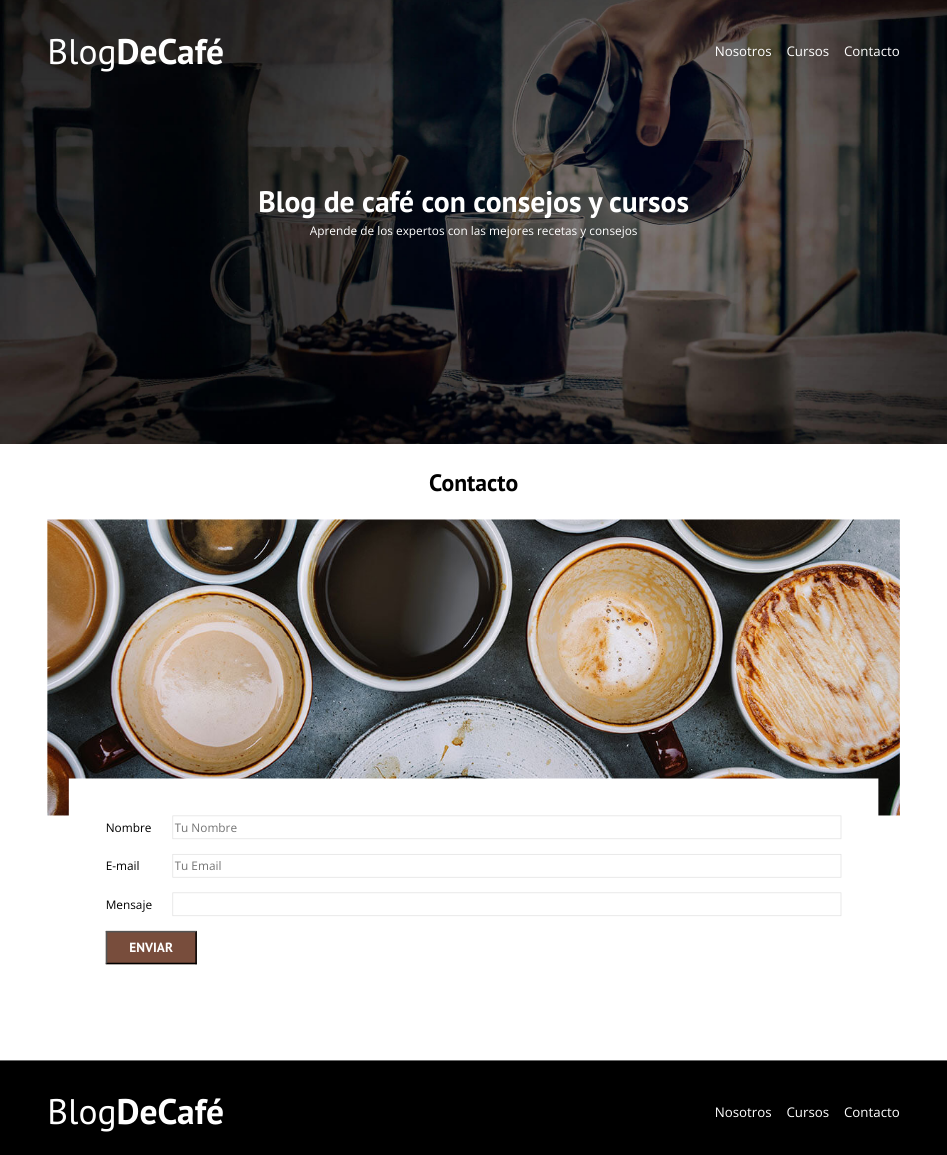
Repository: araque1990/blog_de_cafe
Page: contacto.html
An editor plug-in stored every save of this project. The page is shown before and after the next save, followed by the edit.
The browser window is 1280 px wide. The pictures show the whole page, at 74% of full size.

Above is the page before, as saved 2023-01-12 19:30:18.

After the next save:
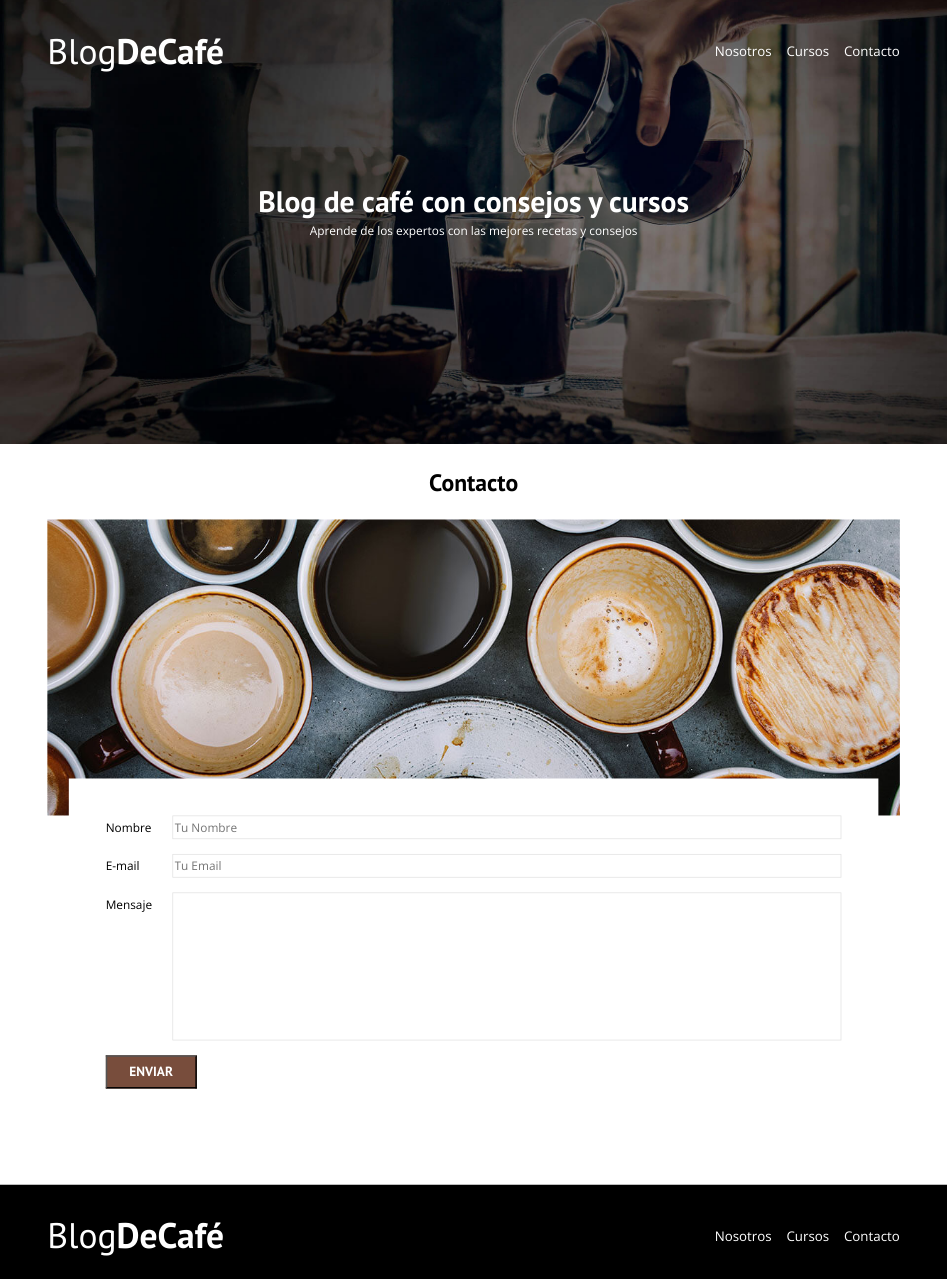
Saved 17 s later.
--- a/css/styles.css
+++ b/css/styles.css
@@ -246,5 +246,5 @@ img {
 }
 
 .campo__field--textarea{
-
-}
+  height: 20rem;
+}
